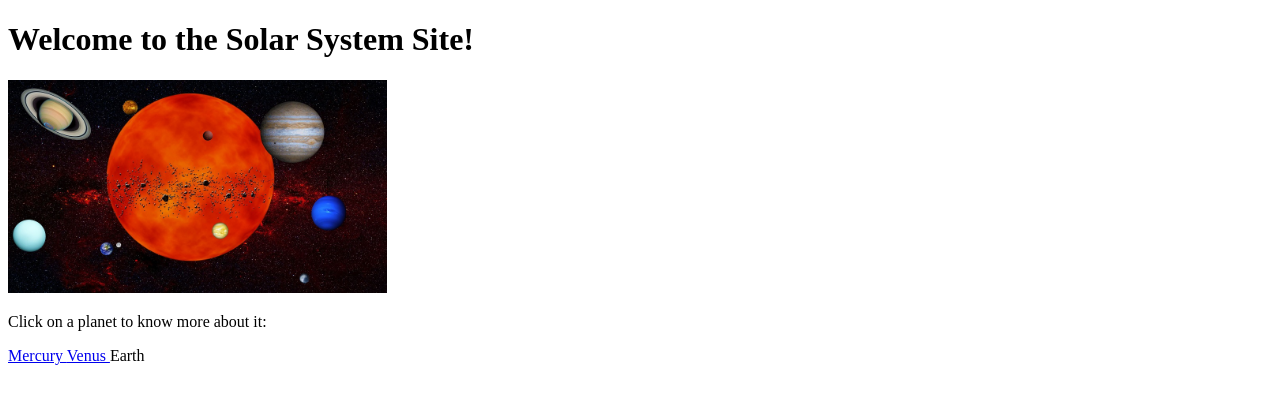
Repository: Voraphi/cst336-solar-systems
Page: http://localhost/
The author's editor kept a record of every edit. The page is drawn from the files as they stood at one moment, then again after the next edit.
The browser window is 1280 px wide. The pictures show the whole page.
The page is served by the project's Node server (solar-systems/app.js).

Above is the page before.

### solar-systems/views/index.html
<!DOCTYPE html>
<html>
    <head>
        <title> The Solar System </title>
    </head>
    <body>
        <h1> Welcome to the Solar System Site! </h1>
        <img width="30%" src="/img/solar-system.jpg" alt="The Solar System" />
        <p>Click on a planet to know more about it:</p>

            <a href="/mercury"> Mercury </a>
            <a href="/venus"> Venus </a>
            Earth <br/>
    </body>
</html>

### solar-systems/app.js
const express = require("express");
const app = express();

app.engine('html', require("ejs").renderFile);
app.use(express.static("public"));
// app.set("view engine", "html");

//routes
app.get("/", function (request, response) {
    response.render("index.html");
});

app.get("/mercury", function(request, response) {
   response.render("mercury.html");
});

app.get("/venus", function(request, response) {
   response.render("venus.html");
});

app.get("/earth", function(request, response) {
   response.render("earth.html");
});

app.get("*", function(request, response) {
   response.render("error.html");
});



app.listen(process.env.PORT, process.env.IP, function() {
    console.log("Express Server is Running...");
});

### solar-systems/public/css/styles.css
body {
    background-color: #CBE2F6;
    text-align: center;
}

.error {
    color: red;
}

After the next edit:
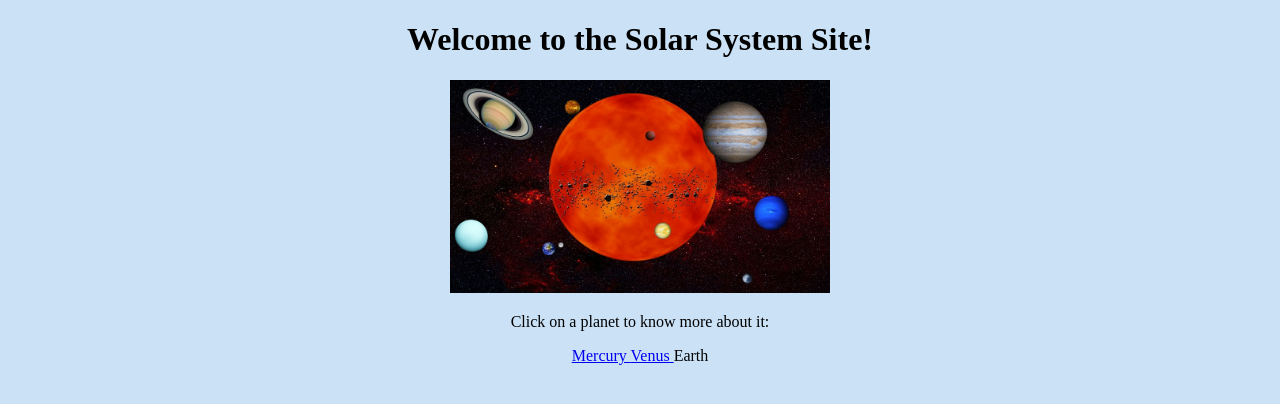
The edit:
--- a/solar-systems/views/index.html
+++ b/solar-systems/views/index.html
@@ -2,6 +2,7 @@
 <html>
     <head>
         <title> The Solar System </title>
+        <link rel="stylesheet" href="/css/styles.css" type="text/css" />
     </head>
     <body>
         <h1> Welcome to the Solar System Site! </h1>
